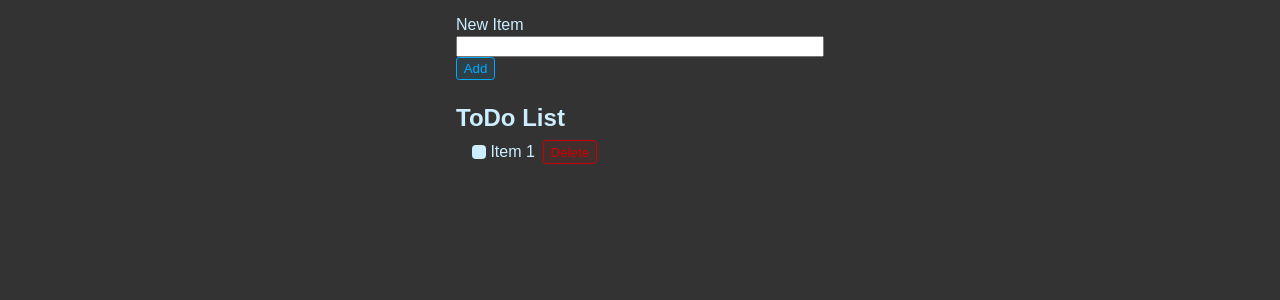
Repository: kemsig/CSFE24
Page: / (app in Week3- Todo/)
These files come from the project's save history. The page is drawn as it stood at one moment and after the next save; the edit follows.
The browser window is 1280 px wide. The pictures show the whole page.
The project was rebuilt for these pictures with package versions that can differ from the ones it lists, and the page was loaded fresh each time. Also part of the build but not shown: Week3- Todo/vite.config.js.

Above is the page before, as saved 2024-03-07 22:12:24.

After the next save:
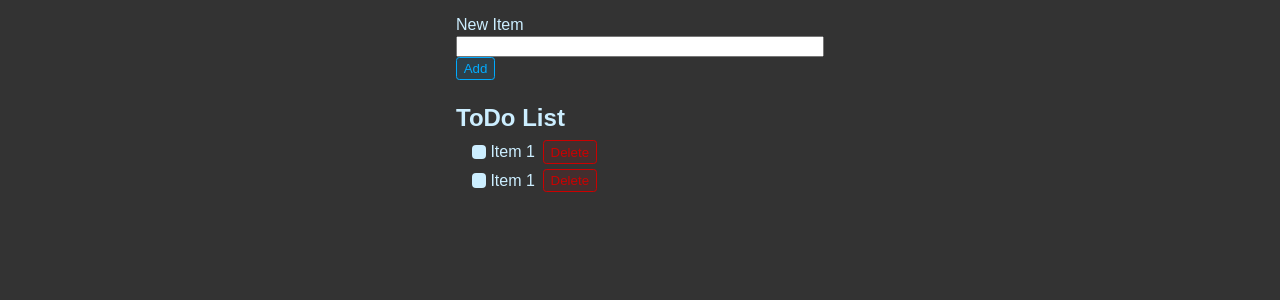
Saved 15 s later.
--- a/Week3- Todo/src/App.jsx
+++ b/Week3- Todo/src/App.jsx
@@ -21,6 +21,14 @@
       </label>
       <button className="btn btn-danger">Delete</button>
     </li>
+
+    <li>
+      <label>
+        <input type="checkbox"/>
+        Item 1
+      </label>
+      <button className="btn btn-danger">Delete</button>
+    </li>
   </u1>
   </>
 )

After the save that followed:
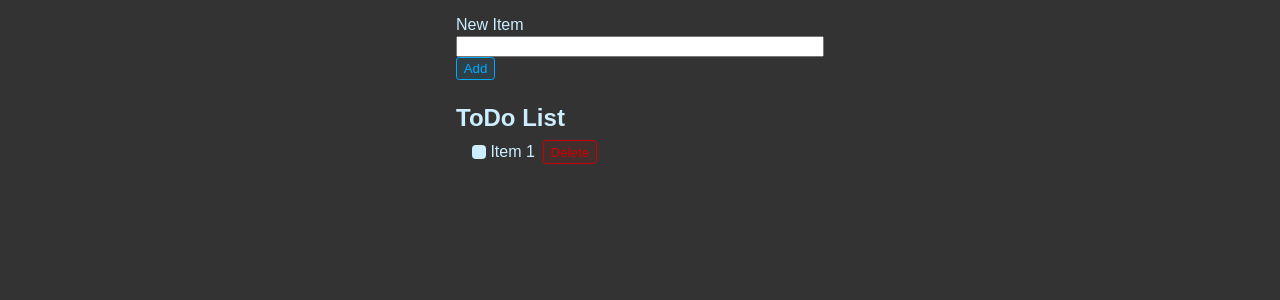
Saved 62 s later.
--- a/Week3- Todo/src/App.jsx
+++ b/Week3- Todo/src/App.jsx
@@ -1,7 +1,9 @@
+import { useState } from "react"
 import "./styles.css"
 
+export default function App(){
 
-export default function App(){
+
   return (
   <>
   <form className="item-form">
@@ -21,14 +23,6 @@
       </label>
       <button className="btn btn-danger">Delete</button>
     </li>
-
-    <li>
-      <label>
-        <input type="checkbox"/>
-        Item 1
-      </label>
-      <button className="btn btn-danger">Delete</button>
-    </li>
   </u1>
   </>
 )
